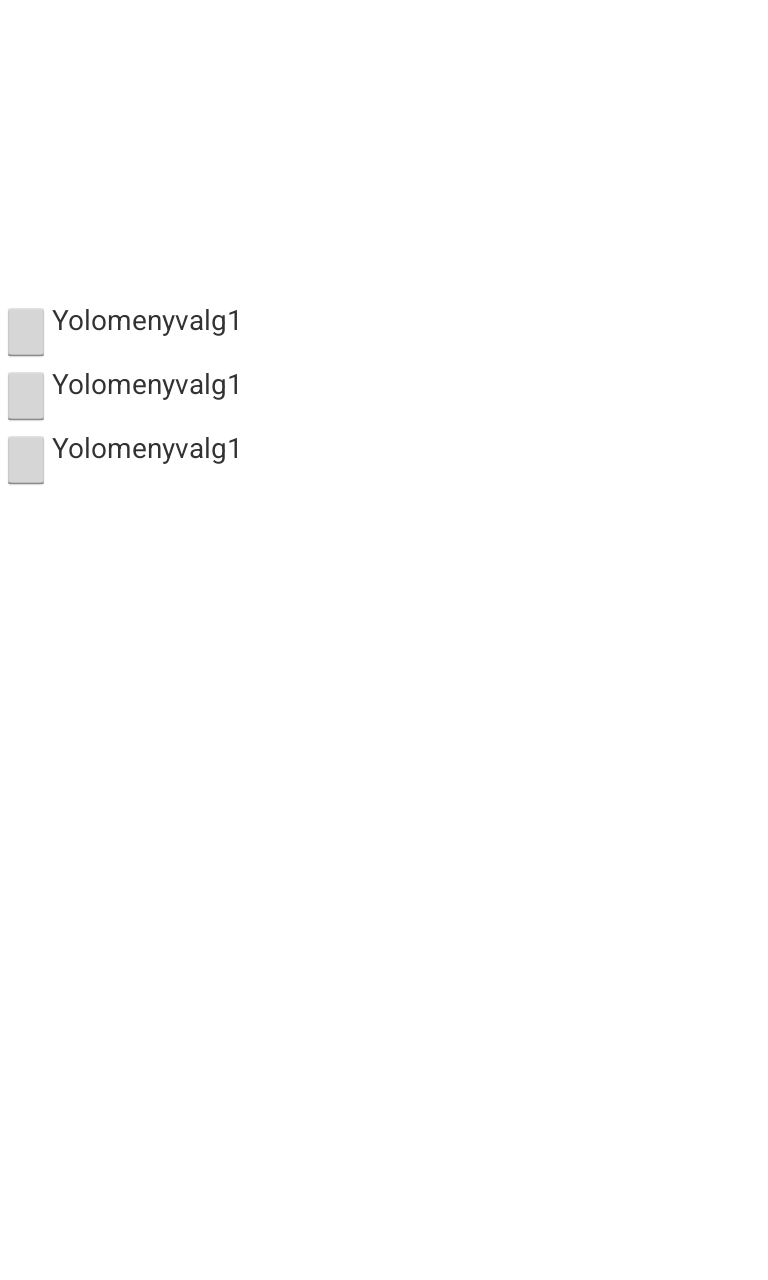
Repository: pumalove/workspace
Layout: MainActivity/res/layout/gridview.xml
These files come from the project's save history. The layout is drawn as it stood at one moment and after the next save; the edit follows.
It is drawn on a 768 x 1280 px phone screen (xhdpi) without system bars, with theme AppTheme; the app's code is not run. Lists and similar views that code fills are empty.

Above is the layout before, as saved 2014-03-12 13:48:00.

### MainActivity/res/layout/gridview.xml
<?xml version="1.0" encoding="utf-8"?>
<LinearLayout xmlns:android="http://schemas.android.com/apk/res/android"
    android:layout_width="match_parent"
    android:layout_height="wrap_content"
    android:orientation="vertical">

    <LinearLayout
        android:layout_width="fill_parent"
        android:layout_height="wrap_content">

        <GridView
            android:id="@+id/gridview"
            android:layout_width="fill_parent"
            android:layout_height="150dp"
            android:columnWidth="90dp"
            android:numColumns="auto_fit"
            android:verticalSpacing="10dp"
            android:horizontalSpacing="10dp"
            android:stretchMode="columnWidth"
            android:gravity="center"
            />


    </LinearLayout>


    <LinearLayout
        android:id="@+id/linearlayout2"
        android:layout_width="fill_parent"
        android:layout_height="wrap_content"
        android:layout_gravity="center"
        android:orientation="vertical"
        android:layout_below="@id/gridview">

        <LinearLayout
            android:layout_width="fill_parent"
            android:layout_height="wrap_content"
            android:orientation="horizontal">

            <ImageButton
                android:layout_width="wrap_content"
                android:layout_height="wrap_content"
                android:id="@+id/imageButton"
                android:layout_gravity="center"
                />

            <TextView
                android:layout_width="wrap_content"
                android:layout_height="wrap_content"
                android:text="Yolomenyvalg1"/>

            </LinearLayout>


        <LinearLayout
            android:layout_width="fill_parent"
            android:layout_height="wrap_content"
            android:orientation="horizontal">

            <ImageButton
                android:layout_width="wrap_content"
                android:layout_height="wrap_content"
                android:id="@+id/imageButton"
                android:layout_gravity="center"
                />

            <TextView
                android:layout_width="wrap_content"
                android:layout_height="wrap_content"
                android:text="Yolomenyvalg1"/>

        </LinearLayout>

        <LinearLayout
            android:layout_width="fill_parent"
            android:layout_height="wrap_content"
            android:orientation="horizontal">

            <ImageButton
                android:layout_width="wrap_content"
                android:layout_height="wrap_content"
                android:id="@+id/imageButton"
                android:layout_gravity="center"
                />

            <TextView
                android:layout_width="wrap_content"
                android:layout_height="wrap_content"
                android:text="Yolomenyvalg1"/>

        </LinearLayout>
    </LinearLayout>



</LinearLayout>

Loaded but not shown: MainActivity/res/values/styles.xml (common file); MainActivity/res/values-v11/styles.xml (common file); MainActivity/res/values-v14/styles.xml (common file)

After the next save:
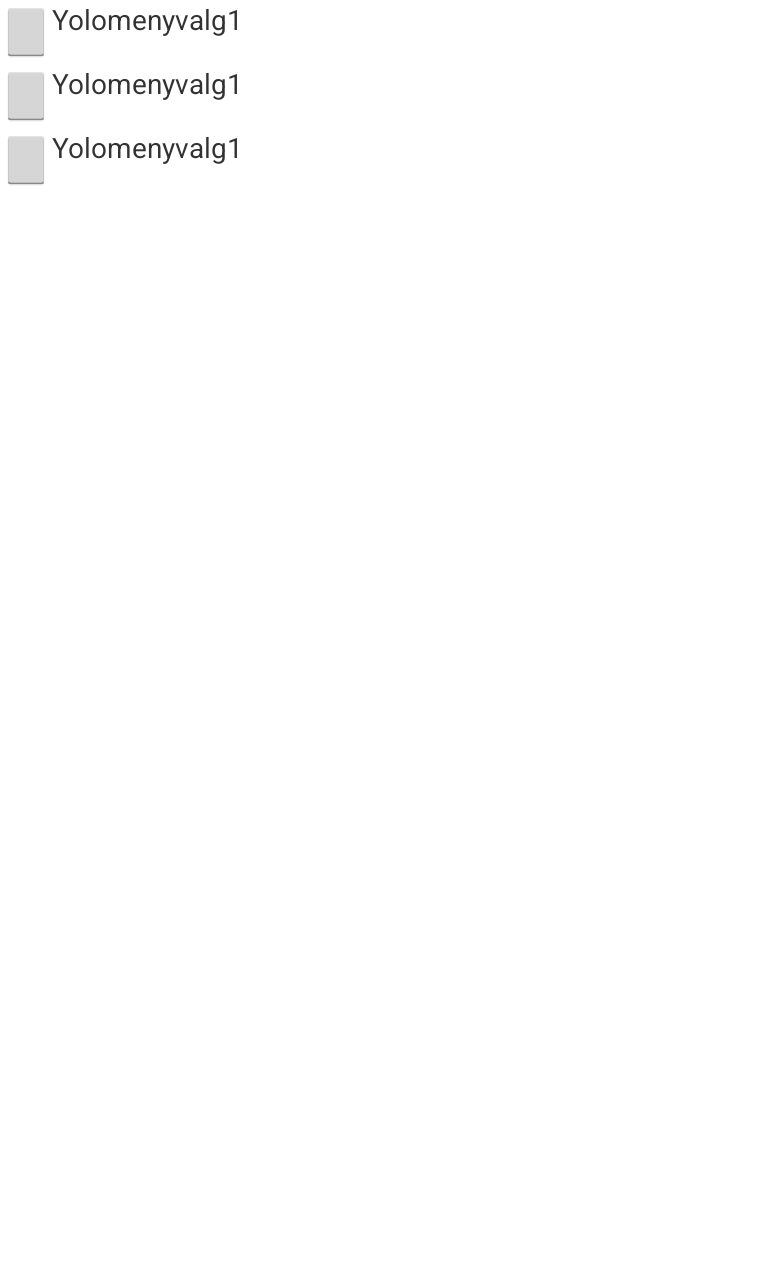
Saved 45 s later.
--- a/MainActivity/res/layout/gridview.xml
+++ b/MainActivity/res/layout/gridview.xml
@@ -11,7 +11,7 @@
         <GridView
             android:id="@+id/gridview"
             android:layout_width="fill_parent"
-            android:layout_height="150dp"
+            android:layout_height="wrap_content"
             android:columnWidth="90dp"
             android:numColumns="auto_fit"
             android:verticalSpacing="10dp"
